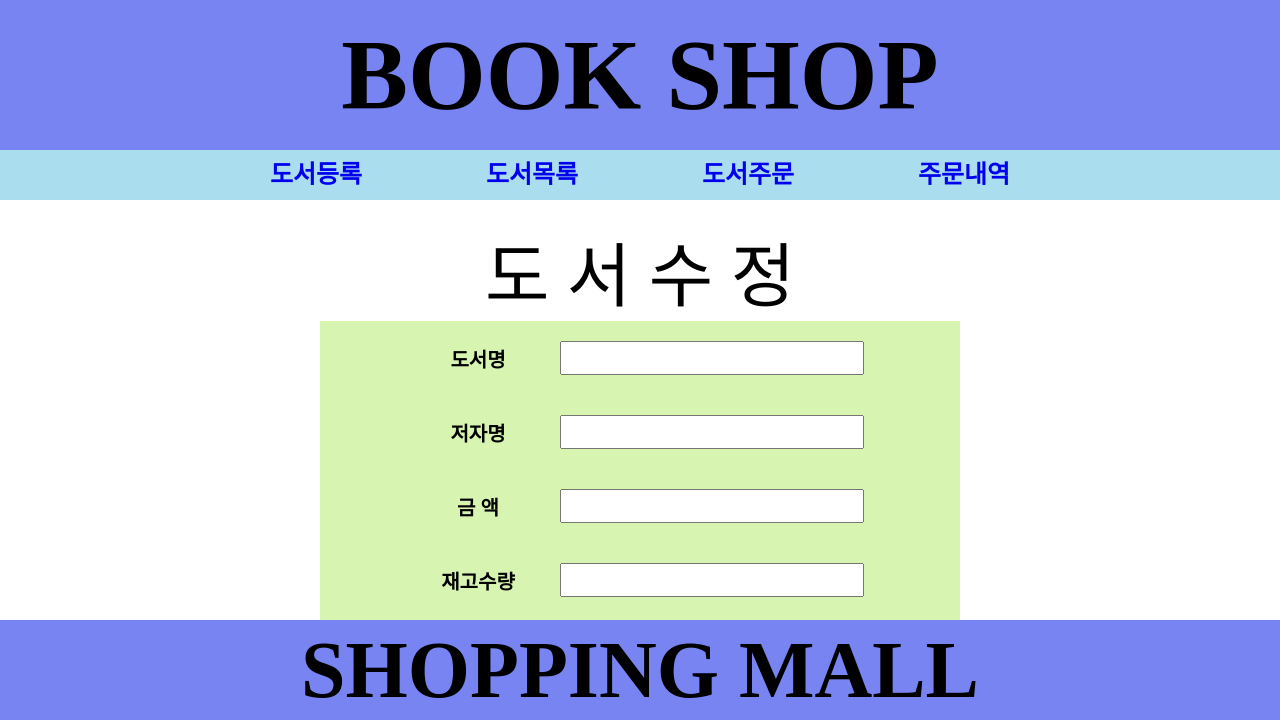
Repository: eunmiyo/BookShop
Page: http://localhost/Book/modify.jsp
An editor plug-in stored every save of this project. The page is shown before and after the next save, followed by the edit.
The browser window is 1280 px wide. The pictures show the whole page.
The page is served by Tomcat 9. The template is opened directly, without the code that normally fills it, so the values that code supplies are empty.

Above is the page before, as saved 2022-12-29 01:57:07.

After the next save:
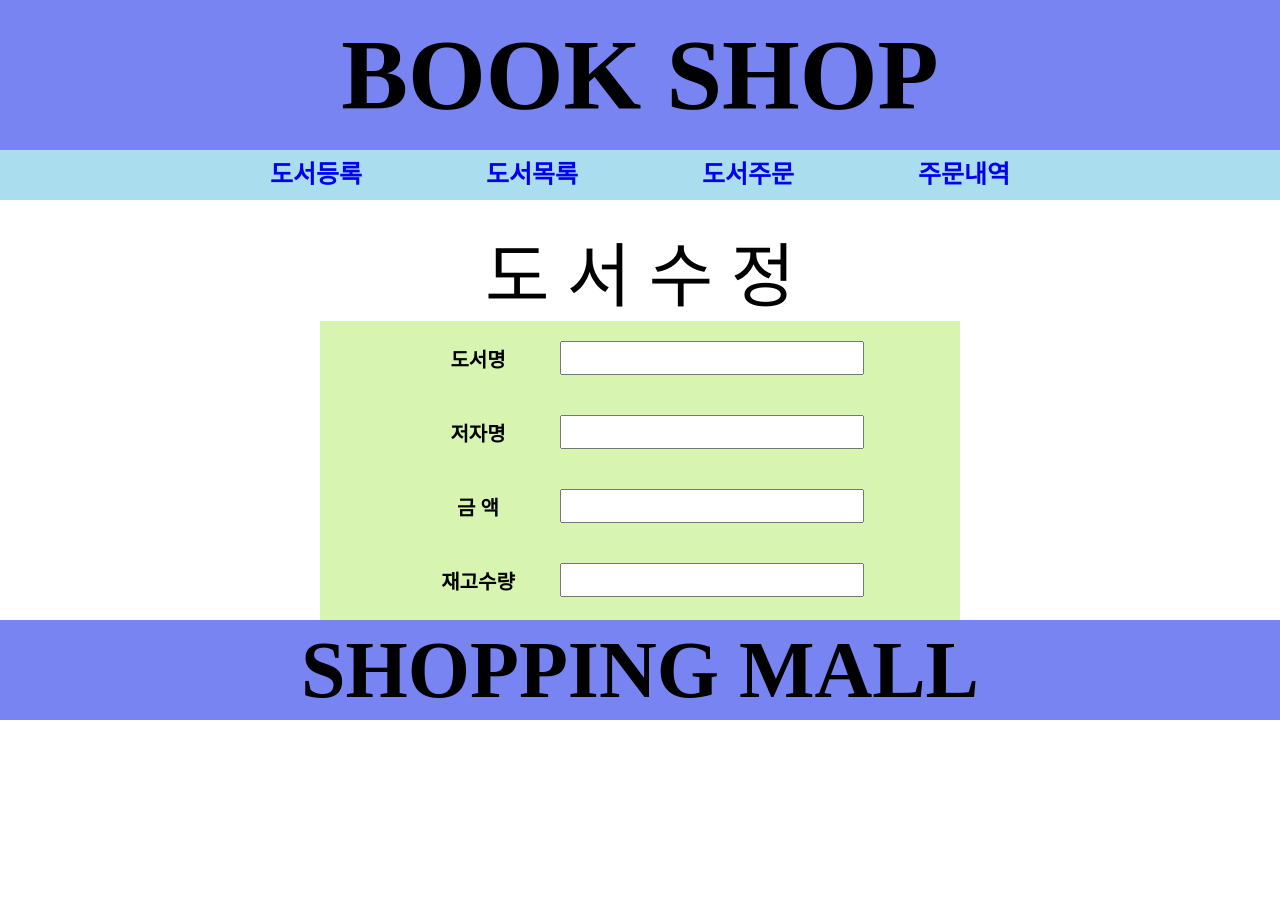
Saved 24 s later.
--- a/Book/src/main/webapp/modify.jsp
+++ b/Book/src/main/webapp/modify.jsp
@@ -13,6 +13,7 @@
 </head>
 <body>
 	<%@ include file="top.jsp"%>
+	<section>
 		<form name = "frm" method="post" action="update">
 			<table>
 				<caption>도 서 수 정</caption>
@@ -36,11 +37,13 @@
 					<td colspan="2">
 						<button class="btn" type="submit"
 							onclick="fn_submit(); return false;">도서등록</button>
-						<button class="btn" type="button" onclick="location='list'">조 회</button>
+						<button class="btn" type="button" onclick="location='list'">도서목록</button>
 					</td>
 				</tr>
 			</table>
 		</form>
+	</section>
+
 	<%@ include file="footer.jsp"%>
 <script type="text/javascript" src="./script.js"></script>
 </body>
